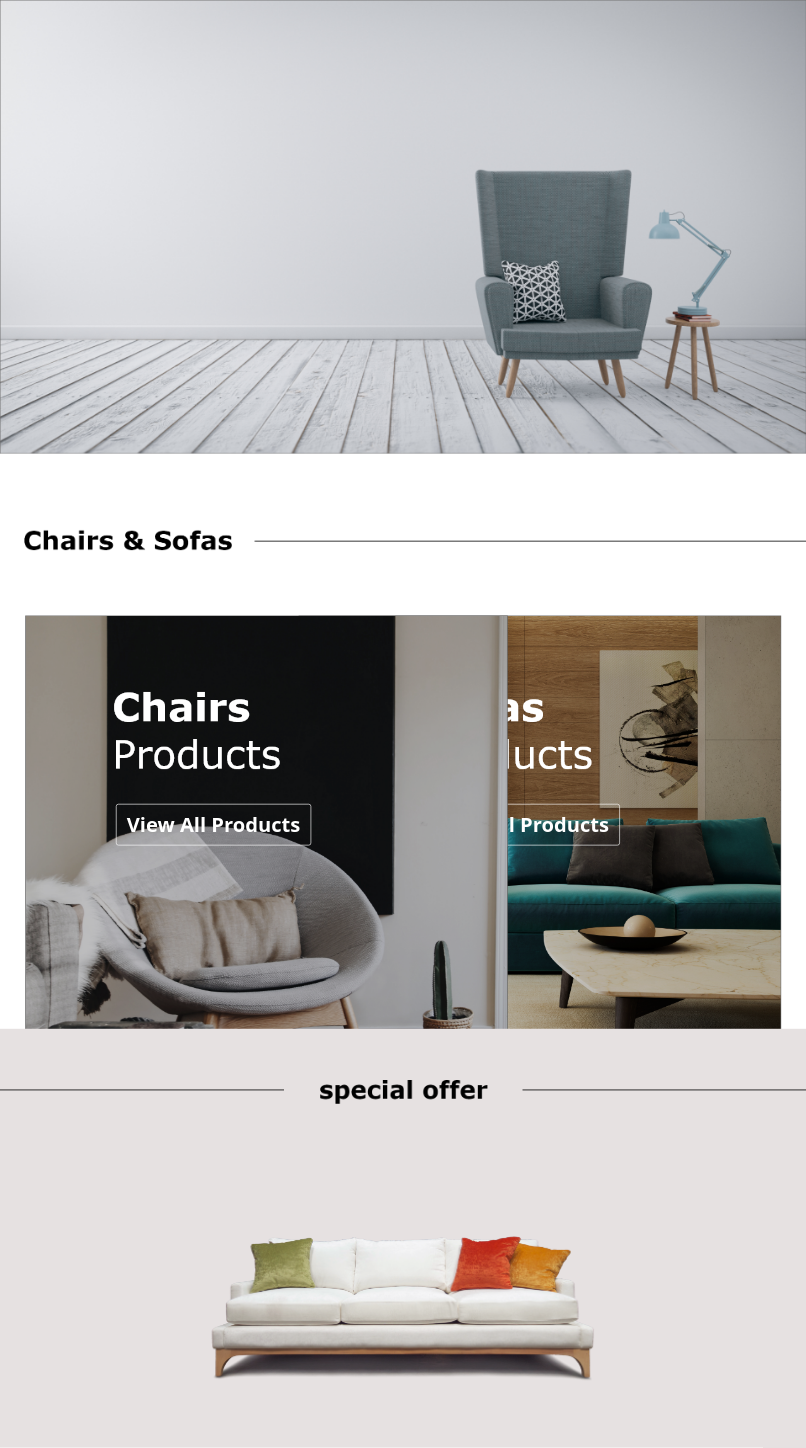
Repository: MEROO1010/creative_home
Page: /
These files come from the project's save history. The page is drawn as it stood at one moment and after the next save; the edit follows.
The browser window is 1280 px wide. The pictures show the whole page, at 63% of full size.
The project was rebuilt for these pictures with package versions that can differ from the ones it lists, and the page was loaded fresh each time. The framework's server and built-in components were replaced by stand-ins that run in the browser. Also part of the build but not shown: next.config.js.

Above is the page before, as saved 2022-12-11 10:26:30.

After the next save:
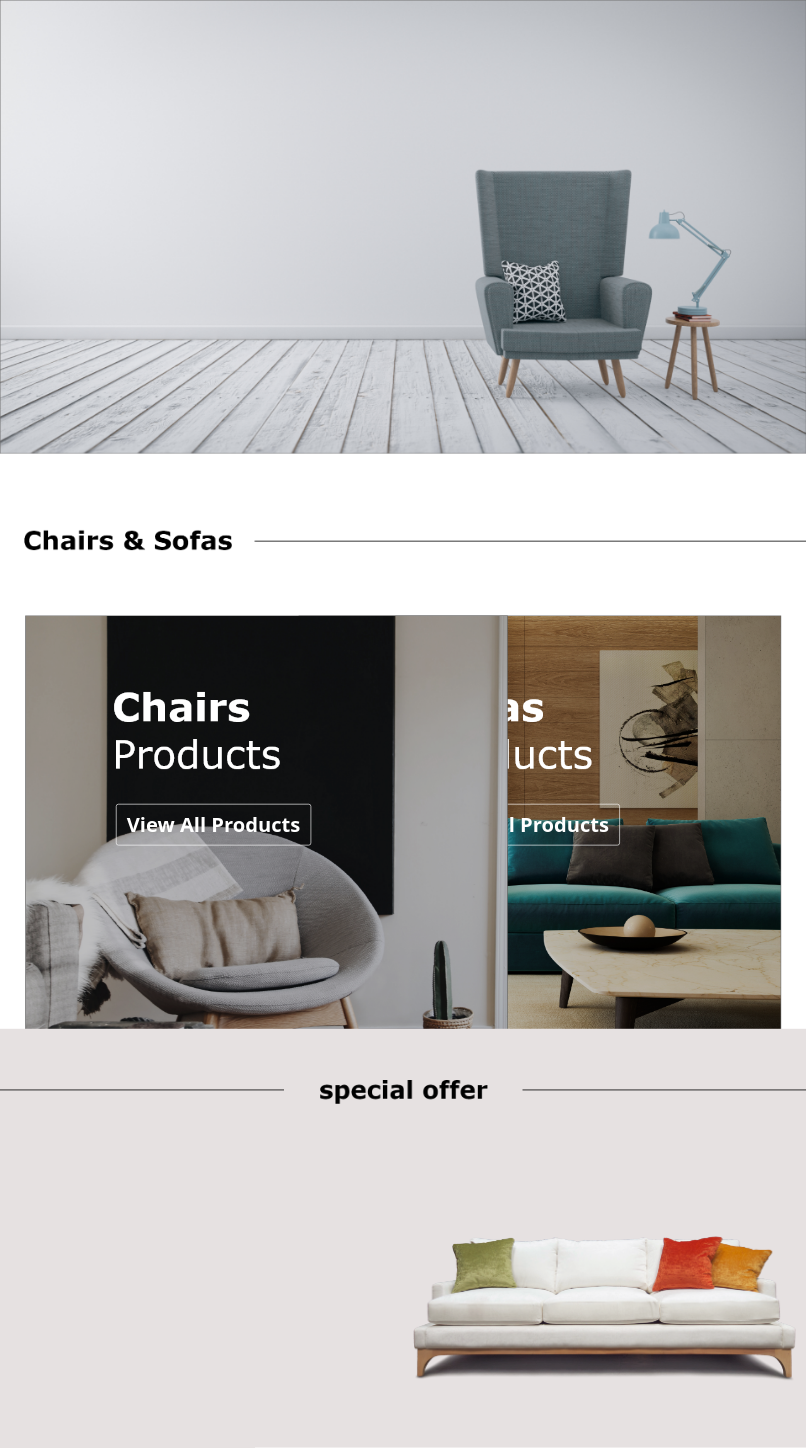
Saved 11 s later.
--- a/components/SpecialOffer.tsx
+++ b/components/SpecialOffer.tsx
@@ -13,7 +13,7 @@
 
          </div>
 
-         <div className='  static mx-80 left-80'>
+         <div className='  relative mx-80 left-80'>
           <Image src={sofa2} alt=''/>
 
          </div>

After the save that followed:
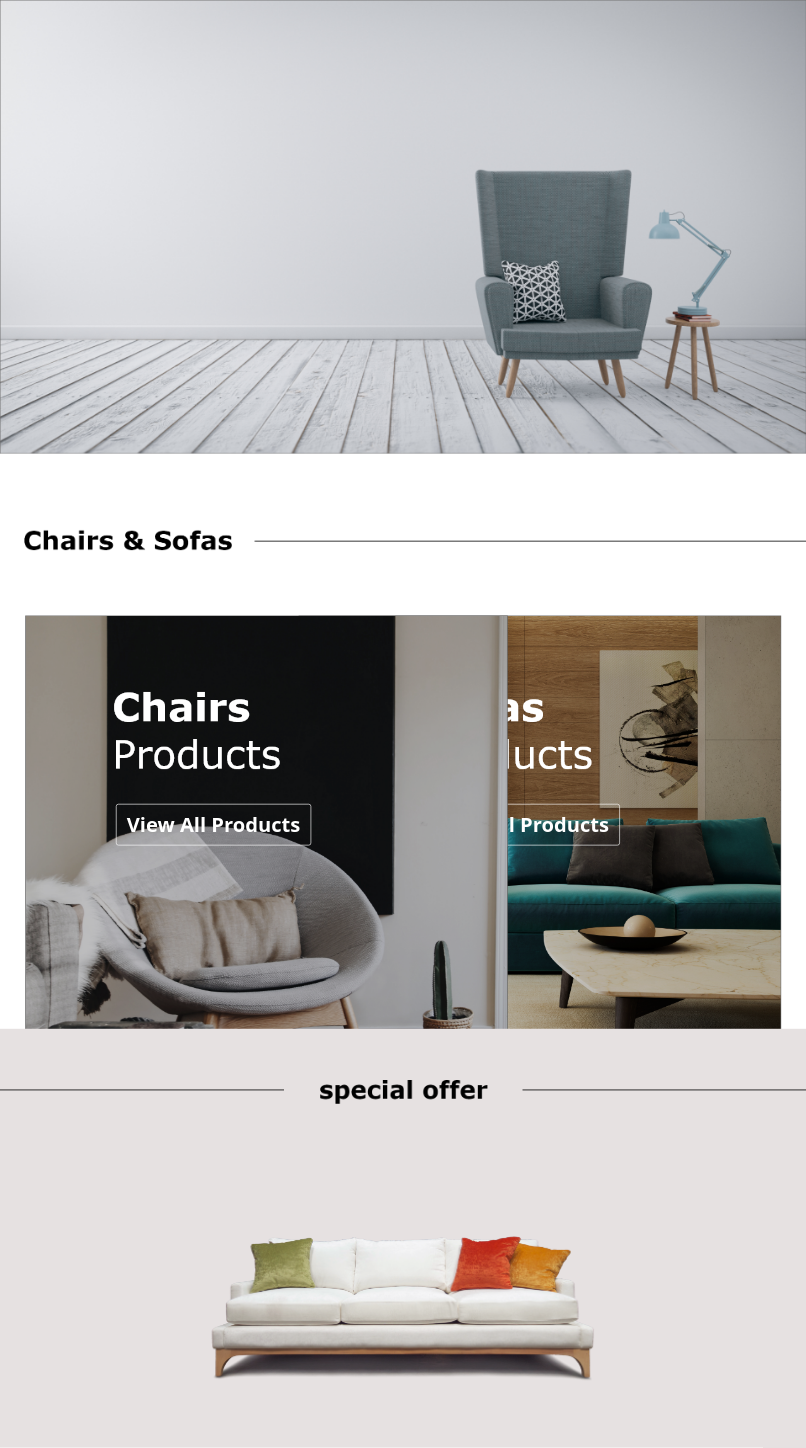
Saved 5 s later.
--- a/components/SpecialOffer.tsx
+++ b/components/SpecialOffer.tsx
@@ -13,7 +13,7 @@
 
          </div>
 
-         <div className='  relative mx-80 left-80'>
+         <div className='  relative mx-80 left-90'>
           <Image src={sofa2} alt=''/>
 
          </div>
